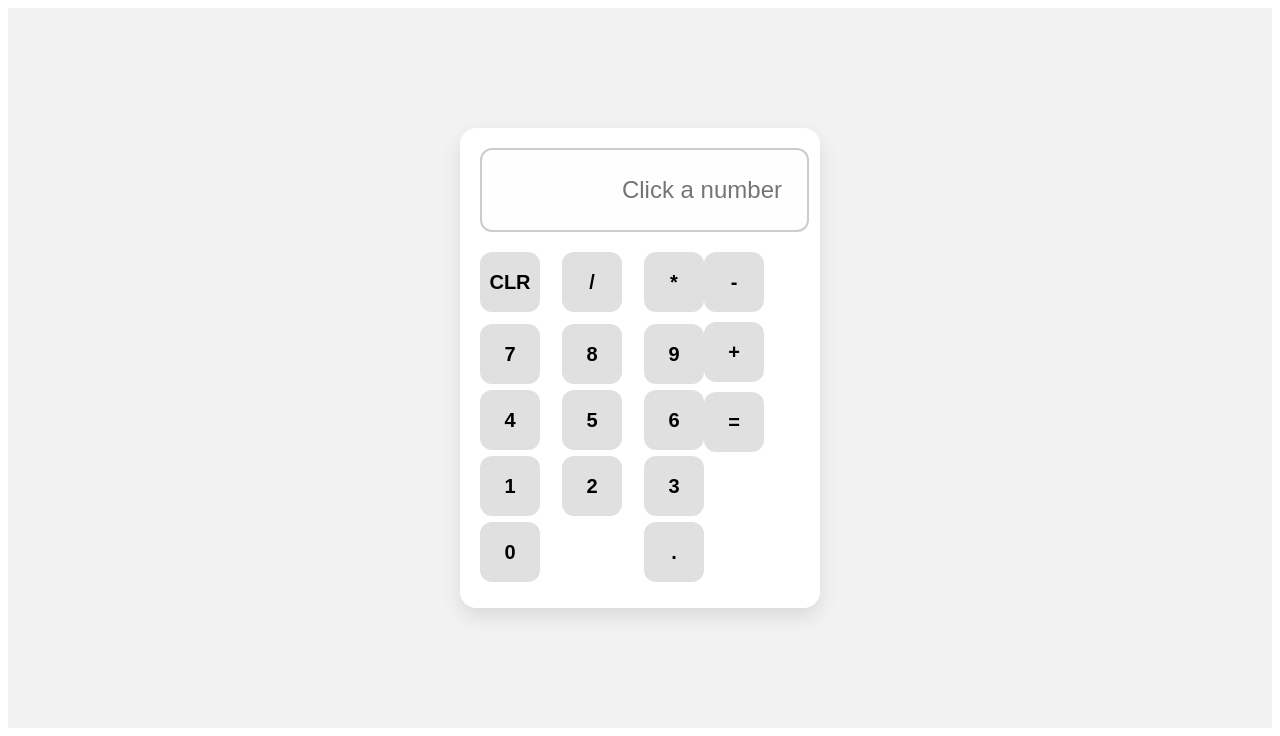
Repository: Marivic-SLRS/ReactJS-Basic-Calculator
Page: /
These files come from the project's save history. The page is drawn as it stood at one moment and after the next save; the edit follows.
The browser window is 1280 px wide. The pictures show the whole page.
The project was rebuilt for these pictures with package versions that can differ from the ones it lists, and the page was loaded fresh each time.

Above is the page before, as saved 2025-07-30 17:45:57.

After the next save:
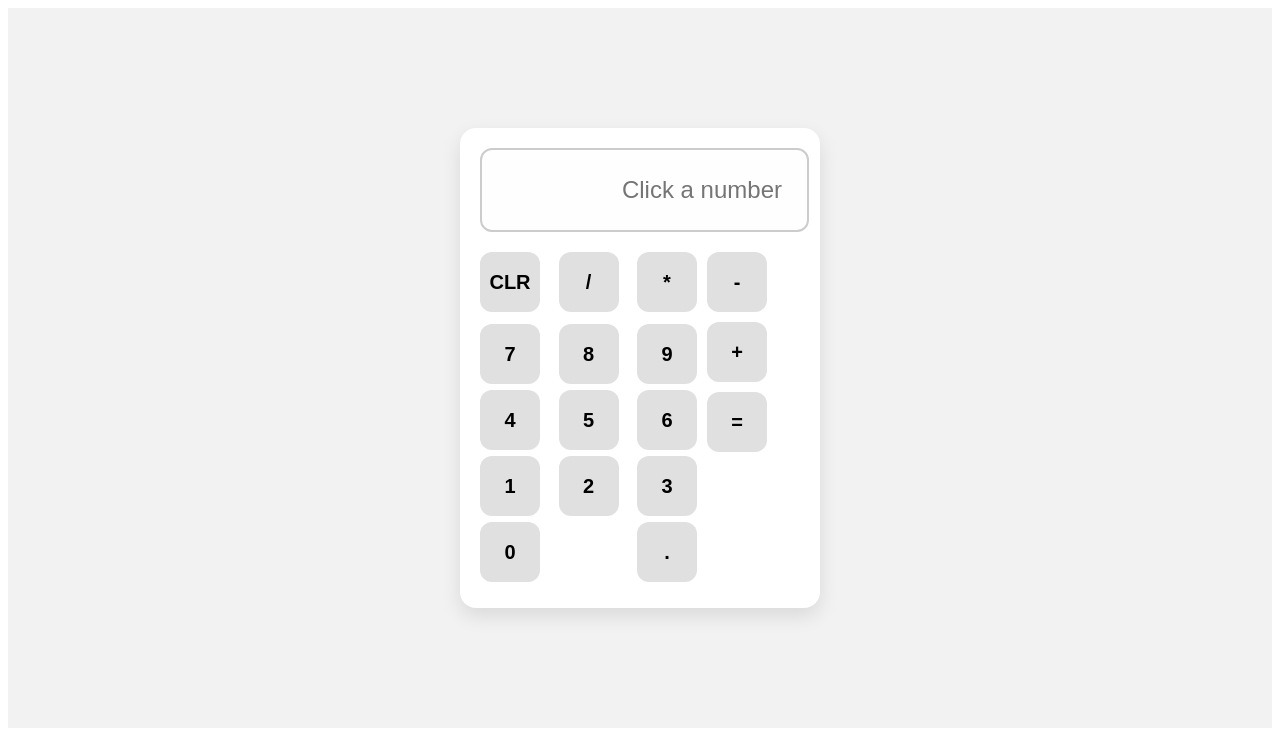
Saved 4 s later.
--- a/src/Assets/Calculator.css
+++ b/src/Assets/Calculator.css
@@ -54,7 +54,7 @@
   display: flex;
   flex-direction: column;
   gap: 10px;
-  margin-left:
+  margin-left: 10px;
 
 }
 
